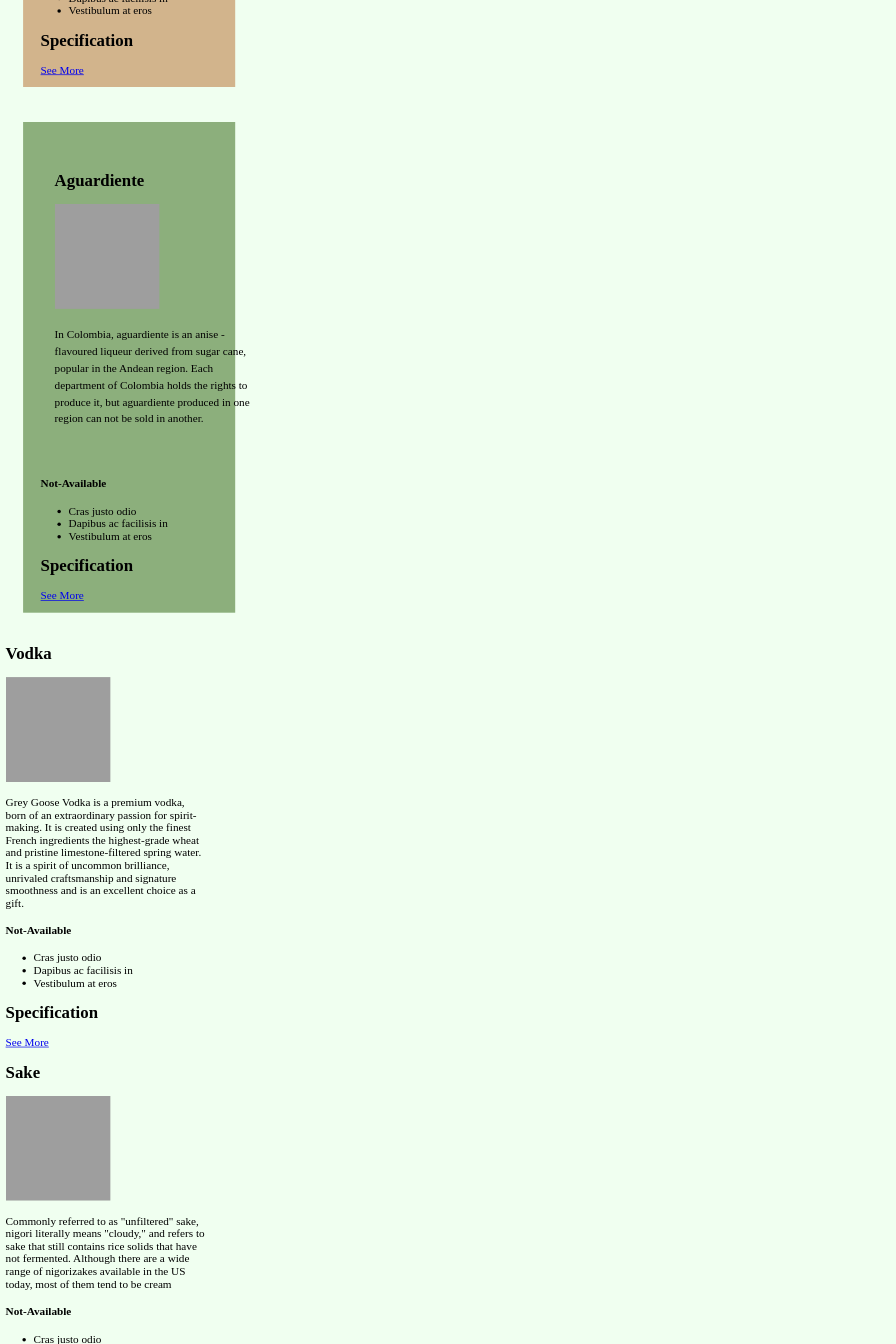
Repository: ZamlZam/REPO-11
Page: product-cards/index.html
The author's editor kept a copy of each file at every save. The page is drawn from the files as they stood at one save, then again after the next save.
The browser window is 1280 px wide. The pictures show the part of the page from y = 1425 to 3345 px (the page is 3476 px tall before and 3508 px after), at 70% of full size.
Pictures or frames that could not be fetched are drawn as grey boxes.

Above is the page before, as saved 2023-04-14 20:36:24.

### product-cards/index.html
<!DOCTYPE html>
<html lang="en">
<head>
  <meta charset="UTF-8">
  <meta http-equiv="X-UA-Compatible" content="IE=edge">
  <meta name="viewport" content="width=device-width, initial-scale=1.0">
  <title>Document</title>
  <link rel="stylesheet" href="main.css">
</head>
<body>

  <div class ="wrapper">
    <div class="header"> ZamZam's Distillery</div>

  <div class="card-wrap">
    <div class="card-item">
    <div class="card1" style="width: 18rem;">
      <h2 class="whiskey">Jack Daniel</h2>
     <img src="https://www.finewinedelivery.co.nz/content/products/original/16561.jpg?width=1136" height = "150px" width="150px" alt="">
    <div class="card-body">

      <p class="card-text">Jack Daniel's is a Tennessee whiskey that has been around since the 1800s. It is the world's top-selling American whiskey and is considered very smooth.</p>
    </div>
  </div>
    <h4 class="Available">Not-Available</h4>
    <ul class="list-group list-group-flush">
      <li class="list-group-item">Cras justo odio</li>
      <li class="list-group-item">Dapibus ac facilisis in</li>
      <li class="list-group-item">Vestibulum at eros</li>
    </ul>
    <h2 class="specification">Specification</h2>
    <div class="card-body">
      <a href="#" class="btn btn-primary">See More</a>

    </div>
  </div>
  </div>
  </div>

  <div class="card-wrap2">
    <div class="card-item2">
    <div class="card2" style="width: 18rem;">
      <h2 class="tequila">Patron</h2>
     <img src="https://th.bing.com/th/id/OIP.omD1u9-5BvE0kcntTUyq4AHaGJ?pid=ImgDet&rs=1" height = "150px" width="150px" alt="">
    <div class="card-body2">

      <p class="card-text2">Patrón is a popular tequila brand, and its Silver Tequila is one of the hottest spirits on the market. Distilled in Jalisco, Mexico, from blue Weber agave, it's widely distributed and found in almost every bar and liquor store.</p>
    </div>
  </div>
    <h4 class="Available">Not-Available</h4>
    <ul class="list-group list-group-flush">
      <li class="list-group-item">Cras justo odio</li>
      <li class="list-group-item">Dapibus ac facilisis in</li>
      <li class="list-group-item">Vestibulum at eros</li>
    </ul>
    <h2 class="specification">Specification</h2>
    <div class="card-body">
      <a href="#" class="btn btn-primary">See More</a>

    </div>
  </div>
  </div>
</div>

<div class="card-wrap3">
  <div class="card-item3">
  <div class="card3" style="width: 18rem;">
    <h2 class="rum">Aguardiente</h2>
   <img src="https://s.cornershopapp.com/product-images/1050370.jpg?versionId=xuP.iP5MiWyH4wgZVeVdTTerM65pvh4C" height = "150px" width="150px" alt="">
  <div class="card-body3">

    <p class="card-text3">In Colombia, aguardiente is an anise -flavoured liqueur derived from sugar cane, popular in the Andean region. Each department of Colombia holds the rights to produce it, but aguardiente produced in one region can not be sold in another.</p>
  </div>
</div>
  <h4 class="Available">Not-Available</h4>
  <ul class="list-group list-group-flush">
    <li class="list-group-item">Cras justo odio</li>
    <li class="list-group-item">Dapibus ac facilisis in</li>
    <li class="list-group-item">Vestibulum at eros</li>
  </ul>
  <h2 class="specification">Specification</h2>
  <div class="card-body">
    <a href="#" class="btn btn-primary">See More</a>

  </div>
</div>
</div>
</div>

<div class="card-wrap4">
  <div class="card-item4">
  <div class="card4" style="width: 18rem;">
    <h2 class="Vodka">Vodka</h2>
   <img src="https://th.bing.com/th/id/OIP.A0LuDfu3pj8rYBoiSEGyLwHaNo?pid=ImgDet&rs=1" height = "150px" width="150px" alt="">
  <div class="card-body4">

    <p class="card-text4">Grey Goose Vodka is a premium vodka, born of an extraordinary passion for spirit-making. It is created using only the finest French ingredients the highest-grade wheat and pristine limestone-filtered spring water. It is a spirit of uncommon brilliance, unrivaled craftsmanship and signature smoothness and is an excellent choice as a gift.</p>
  </div>
</div>
  <h4 class="Available">Not-Available</h4>
  <ul class="list-group list-group-flush">
    <li class="list-group-item">Cras justo odio</li>
    <li class="list-group-item">Dapibus ac facilisis in</li>
    <li class="list-group-item">Vestibulum at eros</li>
  </ul>
  <h2 class="specification">Specification</h2>
  <div class="card-body">
    <a href="#" class="btn btn-primary">See More</a>

  </div>
</div>
</div>
</div>

<div class="card-wrap5">
  <div class="card-item5">
  <div class="card5" style="width: 18rem;">
    <h2 class="Sake">Sake</h2>
   <img src="https://www.wespeakwine.com/resize/Shared/Images/Product/Ohyama-Tokubetsu-Junmai-Nigori-Big-Mountain-Cloudy-Sake-500ML/ohyama_nigori_bottle.jpg?lr=t&bw=600&bh=600" height = "150px" width="150px" alt="">
  <div class="card-body5">

    <p class="card-text5">Commonly referred to as "unfiltered" sake, nigori literally means "cloudy," and refers to sake that still contains rice solids that have not fermented. Although there are a wide range of nigorizakes available in the US today, most of them tend to be cream</p>
  </div>
</div>
  <h4 class="Available">Not-Available</h4>
  <ul class="list-group list-group-flush">
    <li class="list-group-item">Cras justo odio</li>
    <li class="list-group-item">Dapibus ac facilisis in</li>
    <li class="list-group-item">Vestibulum at eros</li>
  </ul>
  <h2 class="specification">Specification</h2>
  <div class="card-body">
    <a href="#" class="btn btn-primary">See More</a>

  </div>
</div>
</div>
</div>
</body>


</html>

### product-cards/main.css
body{
  background-color:honeydew;
}

.wrapper .header {
  width: 100%;
  height: 50px;
  background: lightgreen;
  color: lightcoral;
  text-align: center;
  align-items: center;
  font-size: 30px;
  display:flex;
  justify-content: center;
  font-weight:500;
}

.card-wrap {
  padding: 25px;

  width: 20%;
  height: 100%;
  display: flex;
  justify-content: space-between;
  flex-wrap: wrap;
}

.card-wrap .card-item {
  padding: 15px 25px;
  width: 100%;
  background-color:khaki;
}

.card-wrap .card1 {
  padding: 35px 20px;
  border-radius: 5px;
  min-width: 225px;
  min-height: 300px;

}

.card-wrap .card1 img{
  margin-bottom: 5px;



}

.card-wrap .card1 .whiskey{
  color:teal;
  font-weight: 900;
  letter-spacing: 2px;
  font-size: 35px;
  white-space: nowrap;
  justify-content: center;
  text-align: center;
  align-items: center;
}

.card-wrap .card1 .card-body{
  font-style: 14px;
  line-height: 24px;
  color:black;
}

/**/

.card-wrap2 {
  padding: 25px;

  width: 20%;
  height: 100%;
  display: flex;
  justify-content: space-between;
  flex-wrap: wrap;
}

.card-wrap2 .card-item2 {
  padding: 15px 25px;
  width: 100%;
  background-color:tan;
}

.card-wrap2 .card2 {
  padding: 35px 20px;
  border-radius: 5px;
  min-width: 225px;
  min-height: 300px;

}

.card-wrap2 .card2 img{
  margin-bottom: 5px;
}

.card-wrap2 .card2 .tequila{
  color:brown;
  font-weight: 900;
  letter-spacing: 2px;
  font-size: 35px;
  white-space: nowrap;
  justify-content: center;
  text-align: center;
  align-items: center;
}

.card-wrap2 .card2 .card-body2{
  font-style: 14px;
  line-height: 24px;
  color:black;
}

/**/

.card-wrap3 {
  padding: 25px;

  width: 20%;
  height: 100%;
  display: flex;
  justify-content: space-between;
  flex-wrap: wrap;
}

.card-wrap3 .card-item3 {
  padding: 15px 25px;
  width: 100%;
  background-color:rgb(140, 175, 124);
}

.card-wrap3 .card3 {
  padding: 35px 20px;
  border-radius: 5px;
  min-width: 225px;
  min-height: 300px;

}

.card-wrap3 .card3 img{
  margin-bottom: 5px;
}

.card-wrap23 .card3 .rum{
  color:mediumaquamarine;
  font-weight: 900;
  letter-spacing: 2px;
  font-size: 35px;
  white-space: nowrap;
  justify-content: center;
  text-align: center;
  align-items: center;
}

.card-wrap3 .card3 .card-body3{
  font-style: 14px;
  line-height: 24px;
  color:black;
}

After the next save:
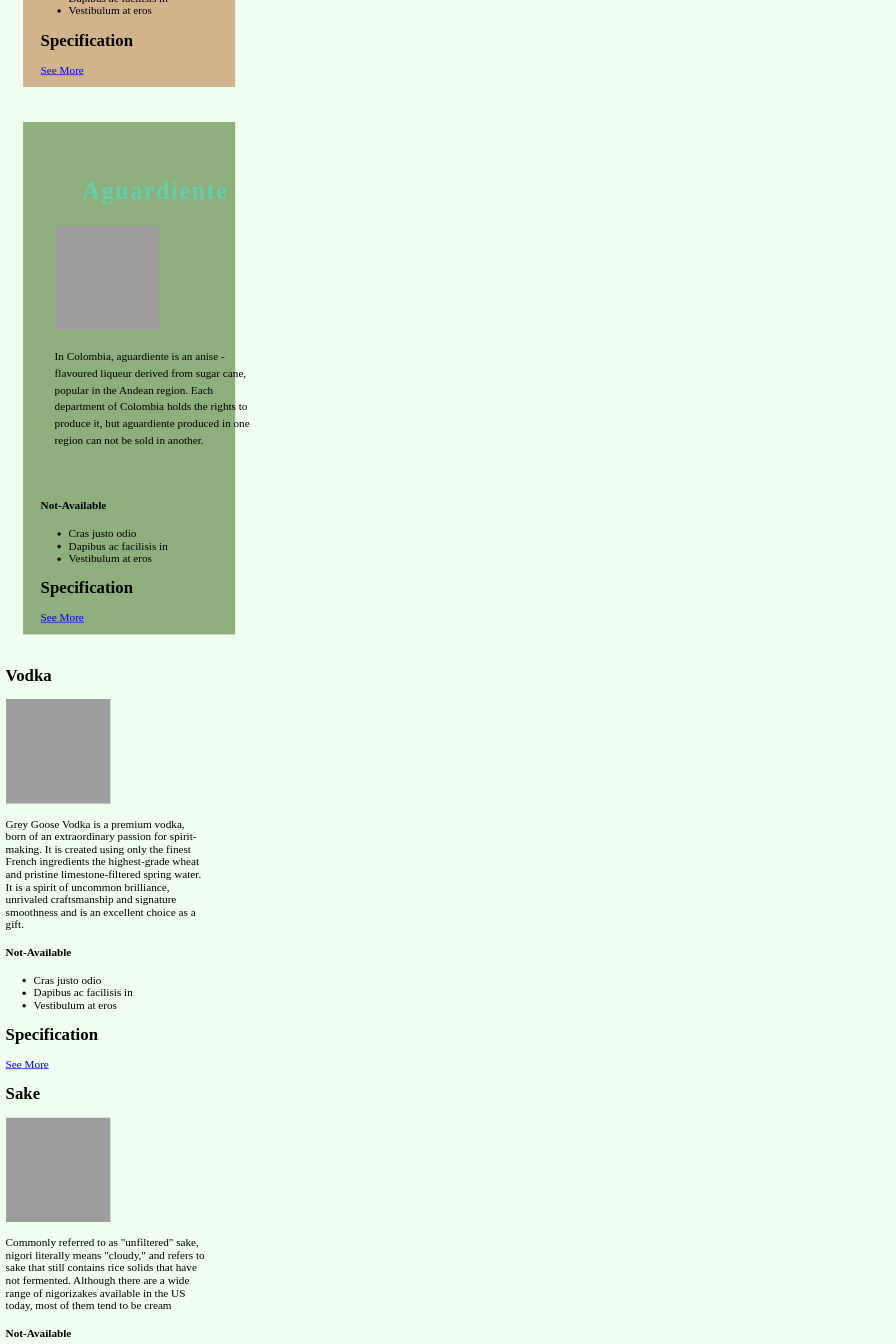
Saved 26 s later.
--- a/product-cards/main.css
+++ b/product-cards/main.css
@@ -140,7 +140,7 @@
   margin-bottom: 5px;
 }
 
-.card-wrap23 .card3 .rum{
+.card-wrap3 .card3 .rum{
   color:mediumaquamarine;
   font-weight: 900;
   letter-spacing: 2px;
